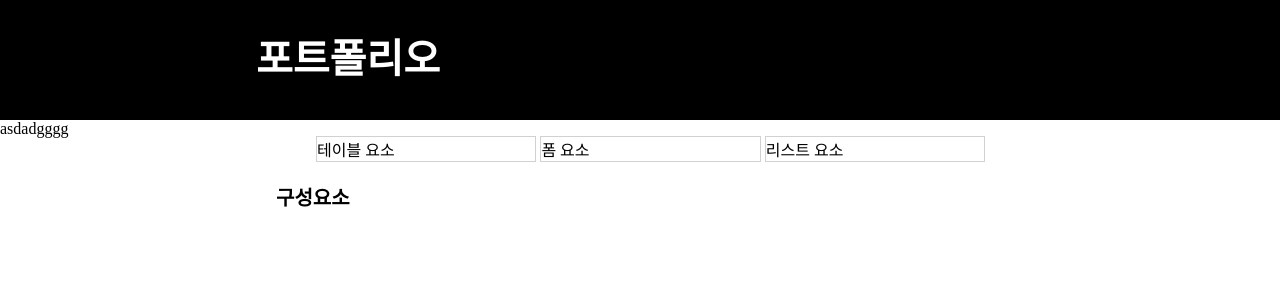
Repository: ItChoi/CSS-Study
Page: Css/WebContent/html/boostcourse/project-A1/portfolio.html
These files come from the project's save history. The page is drawn as it stood at one moment and after the next save; the edit follows.
The browser window is 1280 px wide. The pictures show the whole page.

Above is the page before, as saved 2019-06-18 10:19:14.

After the next save:
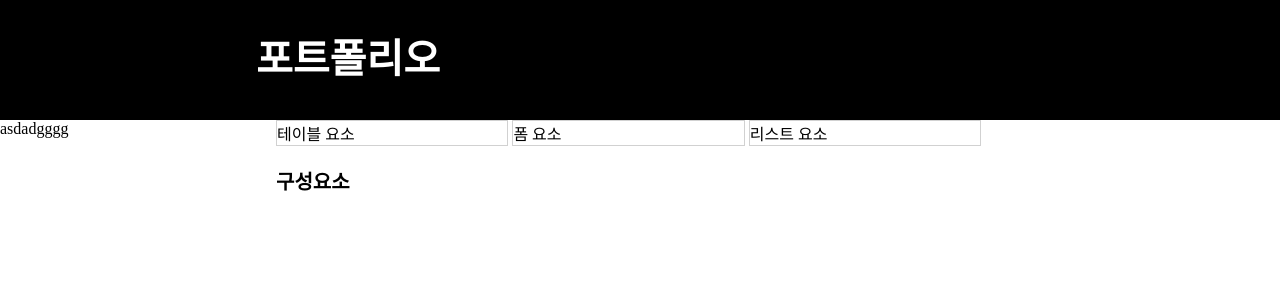
Saved 29 s later.
--- a/Css/WebContent/css/boostcourse/project-A1/portfolio.css
+++ b/Css/WebContent/css/boostcourse/project-A1/portfolio.css
@@ -37,6 +37,8 @@ html, body, .wrap {
 }
 
 ul {
+	margin: 0px;
+	padding: 0px;
 	list-style: none;
 }
 
